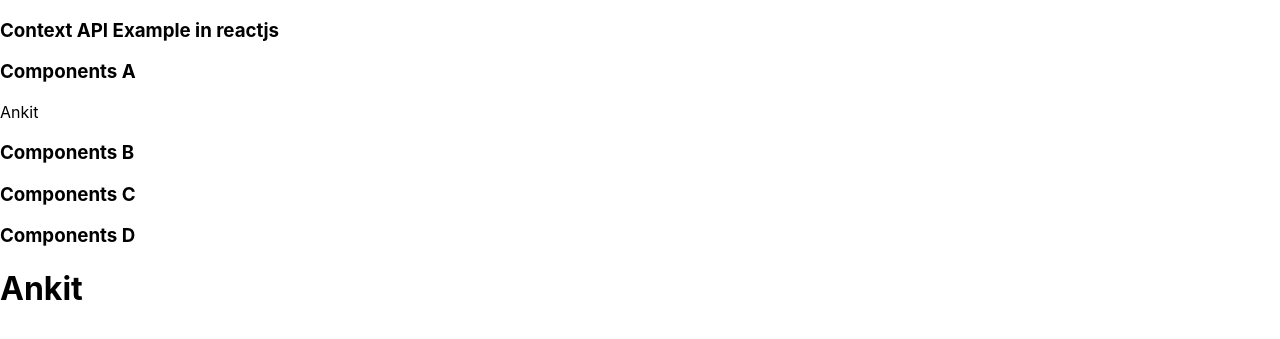
Repository: lalji-yadav/React-Context-API
Page: /a
An editor plug-in stored every save of this project. The page is shown before and after the next save, followed by the edit.
The browser window is 1280 px wide. The pictures show the whole page.
The project was rebuilt for these pictures with package versions that can differ from the ones it lists, and the page was loaded fresh each time. Also part of the build but not shown: src/App.css.

Above is the page before, as saved 2021-02-11 13:51:42.

After the next save:
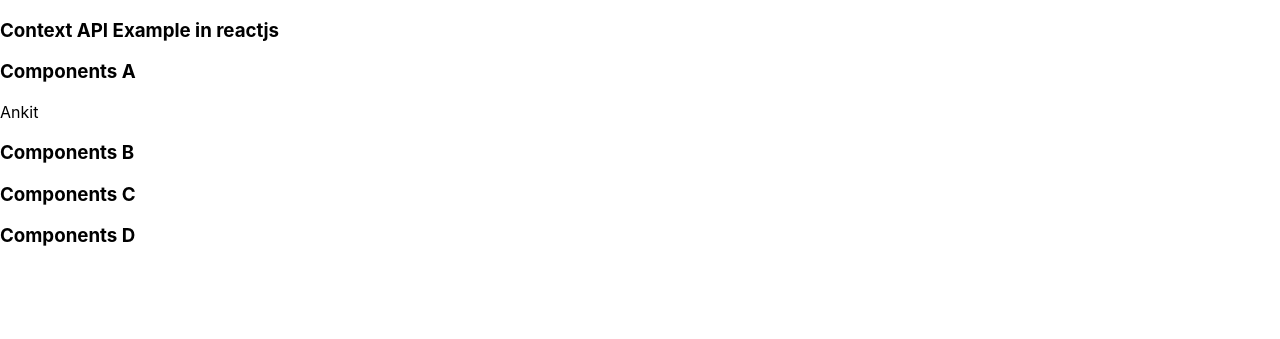
Saved 7 s later.
--- a/src/components/C.js
+++ b/src/components/C.js
@@ -8,11 +8,6 @@ const C = () => {
         <div>
              <h3> Components C </h3>
              <D />
-             <Consumer>
-                 {
-                     value=> <h1>{value.name}</h1>
-                 }
-             </Consumer>
         </div>
     );
 };

After the save that followed:
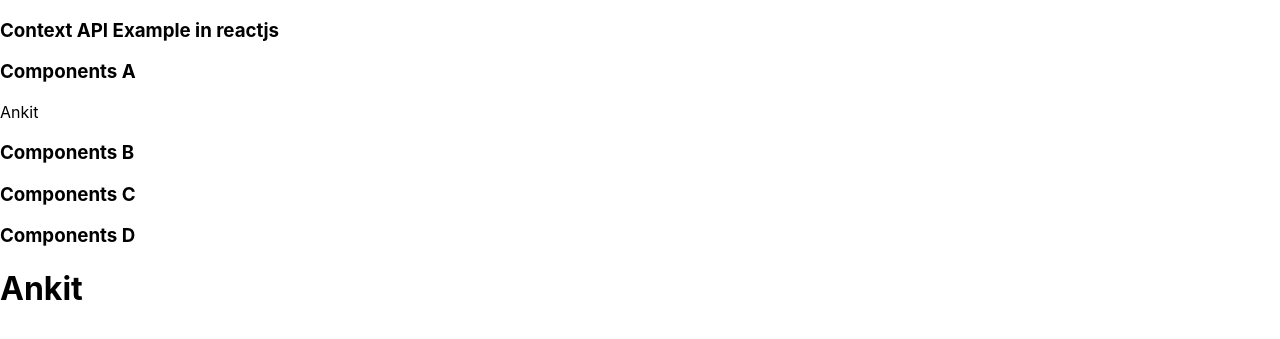
Saved 37 s later.
--- a/src/components/D.js
+++ b/src/components/D.js
@@ -1,12 +1,18 @@
 import React from 'react';
+import { Consumer } from "../globalState/newState";
+
 
 const D = () => {
 
-    // static contextType = ThemeContext;
+
     return (
         <div>
             <h3> Components D </h3>
-            {/* <Button theme={context} />; */}
+            <Consumer>
+                 {
+                     value=> <h1>{value.name}</h1>
+                 }
+             </Consumer>
         </div>
     );
 };
